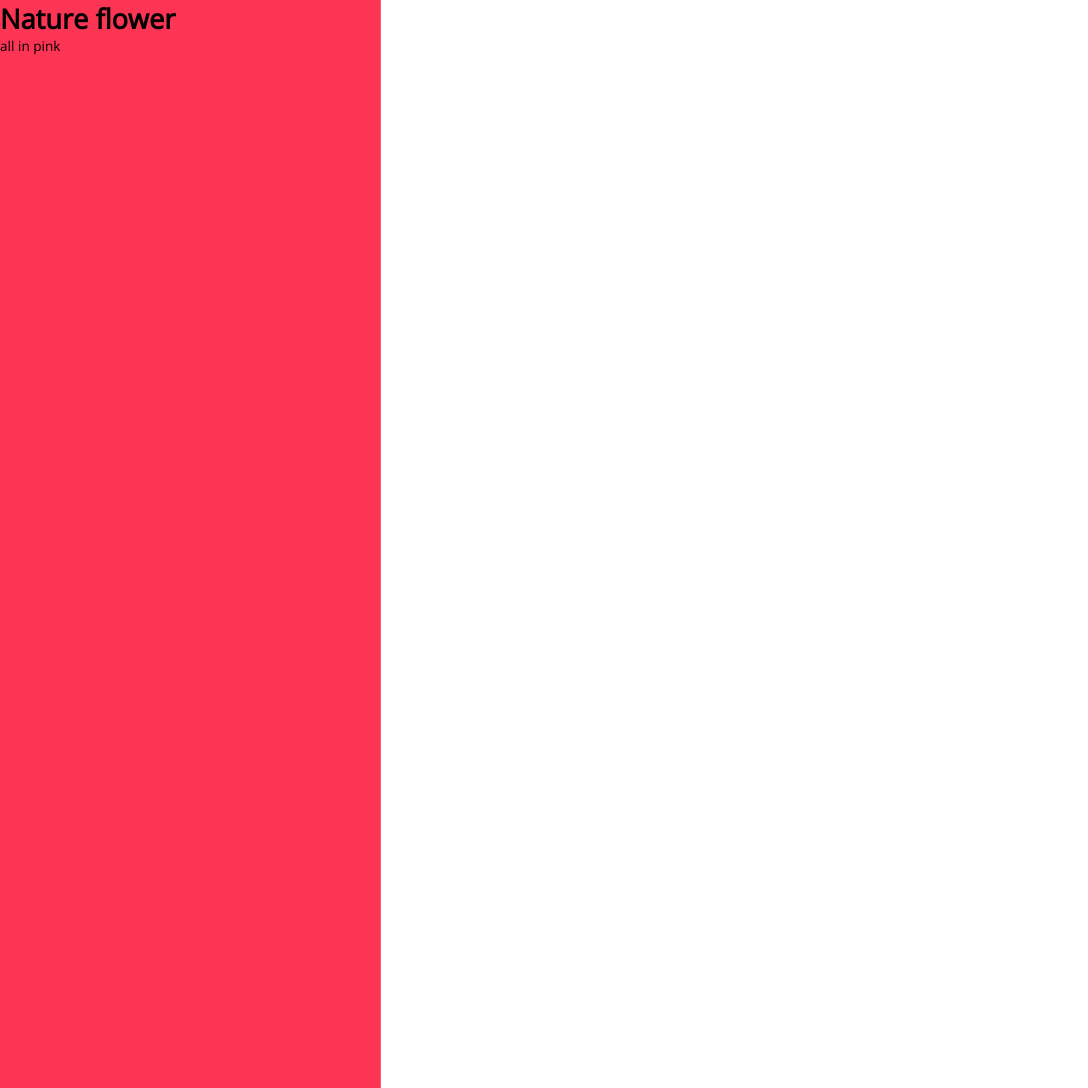
Repository: jt010051/Slider
Page: index.html
The author's editor kept a copy of each file at every save. The page is drawn from the files as they stood at one save, then again after the next save.
The browser window is 1280 px wide. The pictures show the whole page, at 85% of full size.

Above is the page before, as saved 2022-03-03 10:06:43.

After the next save:
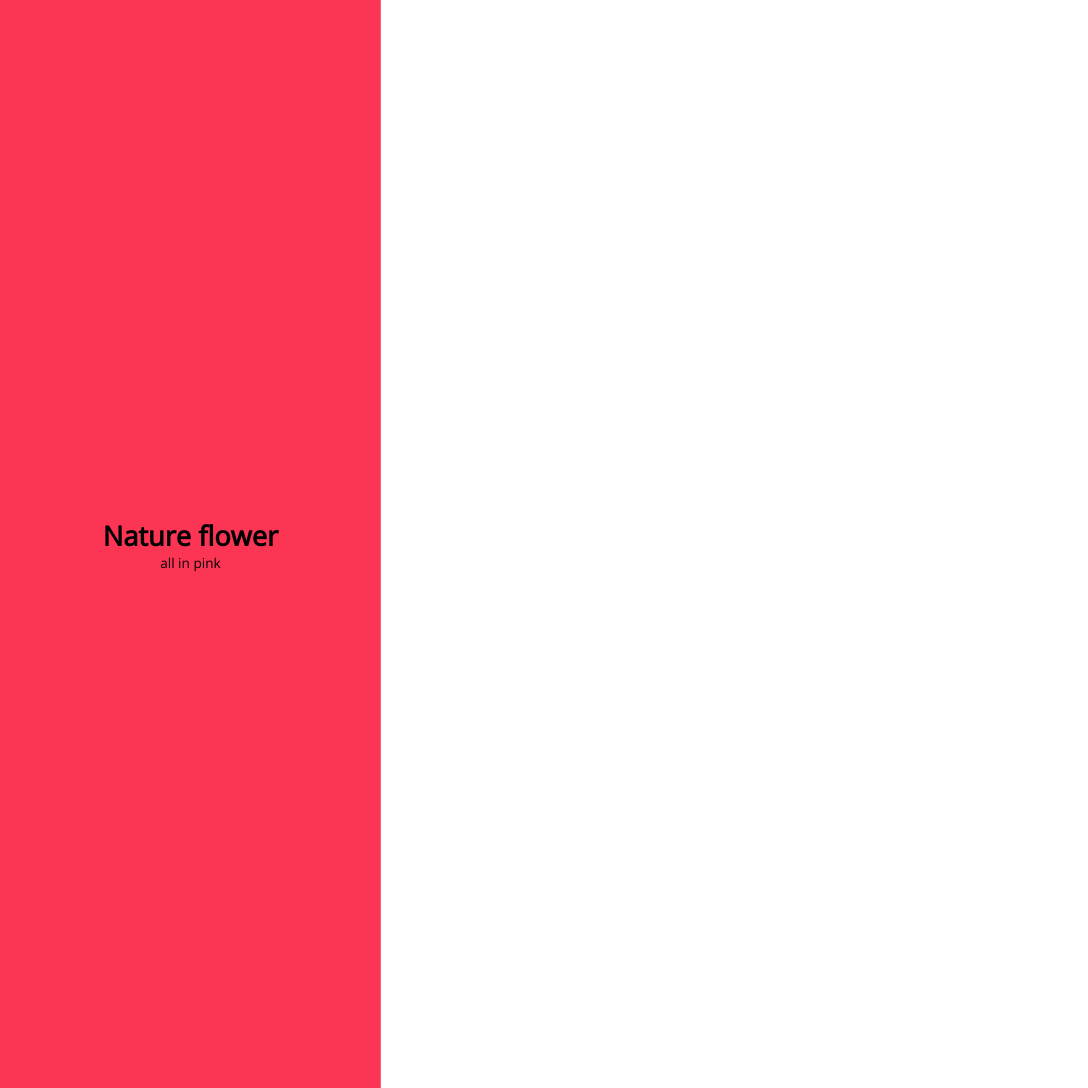
Saved 39 s later.
--- a/style.css
+++ b/style.css
@@ -32,4 +32,8 @@ left: 0;
 
     height: 100%;
     width: 100%;
+    display: flex;
+    flex-direction: column;
+    align-items: center;
+    justify-content: center;
 }
